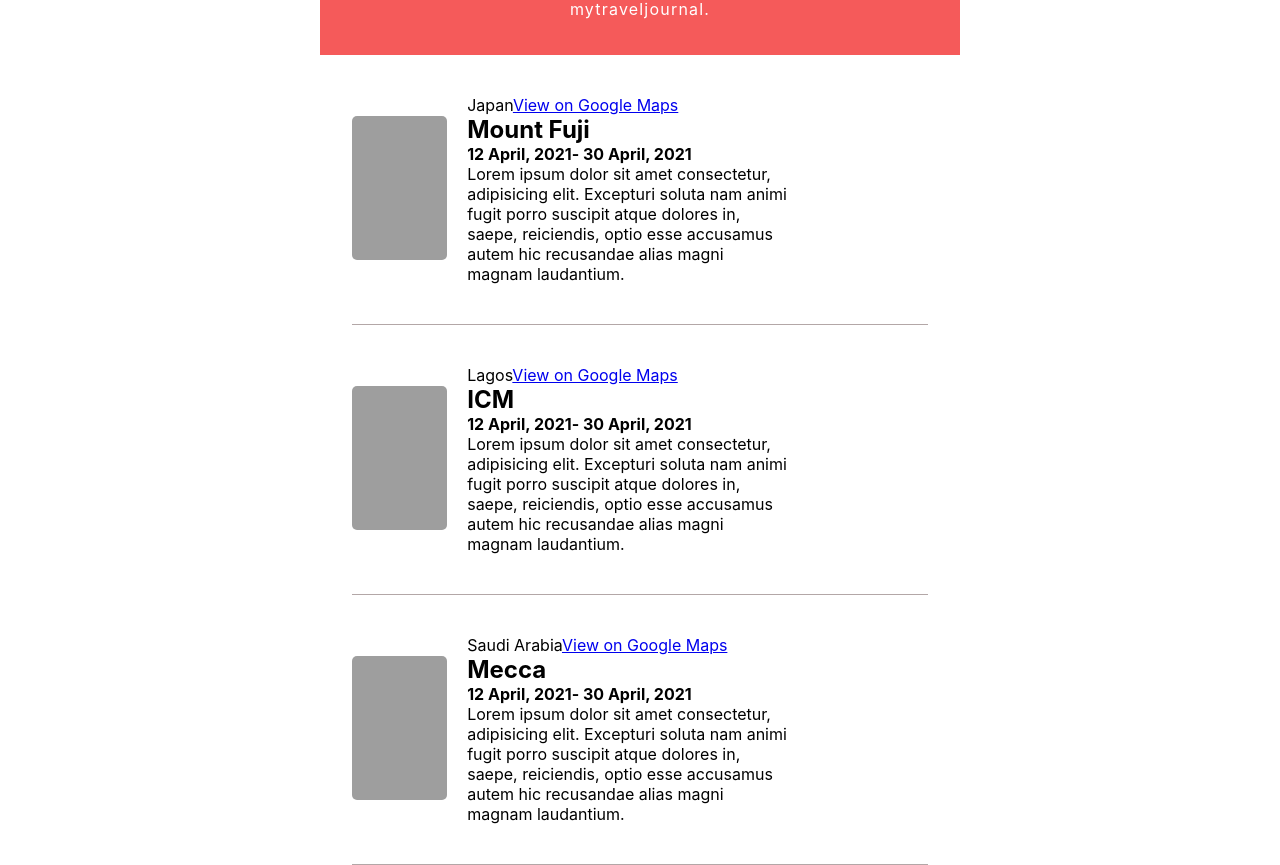
Repository: BuduCE/travel-journal
Page: /
These files come from the project's save history. The page is drawn as it stood at one moment and after the next save; the edit follows.
The browser window is 1280 px wide. The pictures show the whole page.
Pictures or frames that could not be fetched are drawn as grey boxes. The project was rebuilt for these pictures with package versions that can differ from the ones it lists, and the page was loaded fresh each time.

Above is the page before, as saved 2022-08-25 13:36:13.

After the next save:
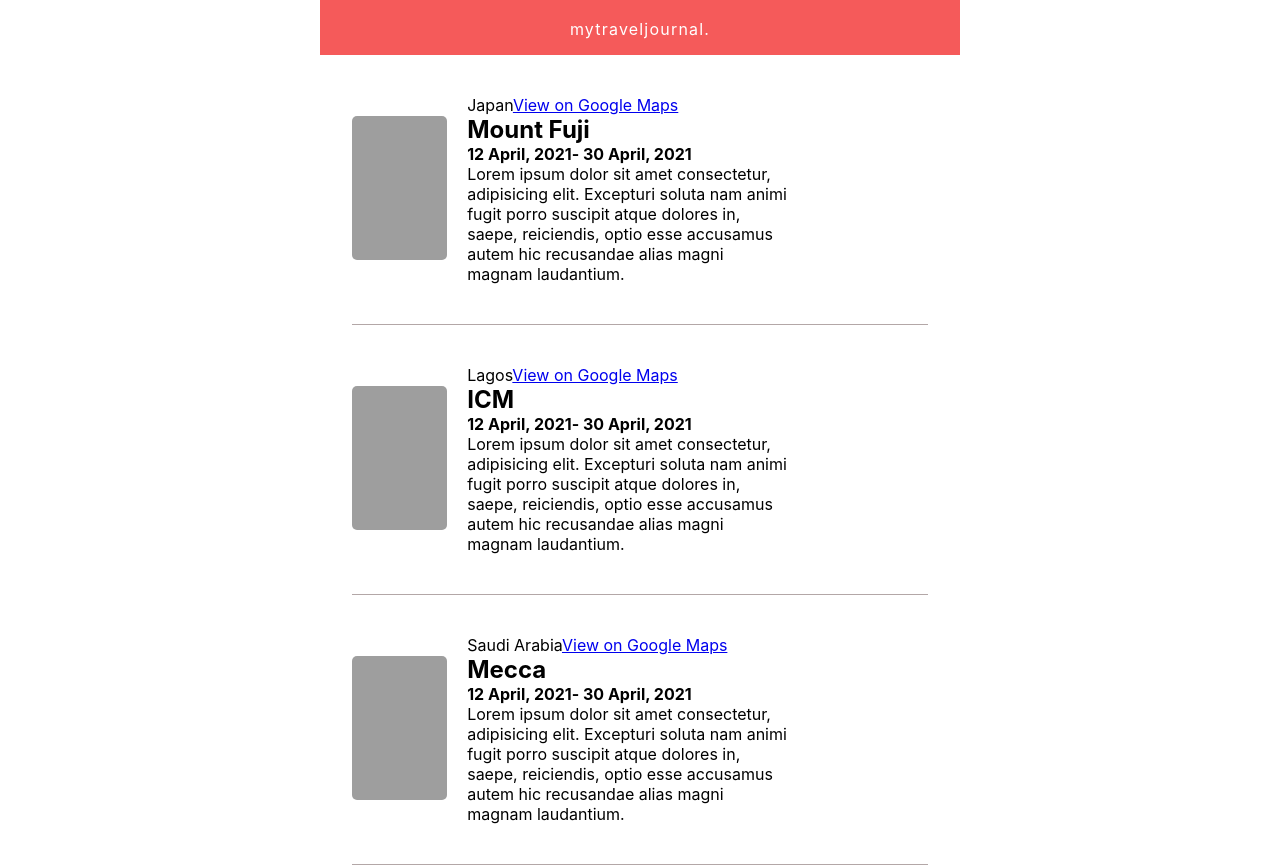
Saved 4 s later.
--- a/src/components/Home/styles.css
+++ b/src/components/Home/styles.css
@@ -10,5 +10,5 @@
     color: #fff;
 }
 .Home > p{
-    padding-top: ;
+    padding-top: 20px;
 }
